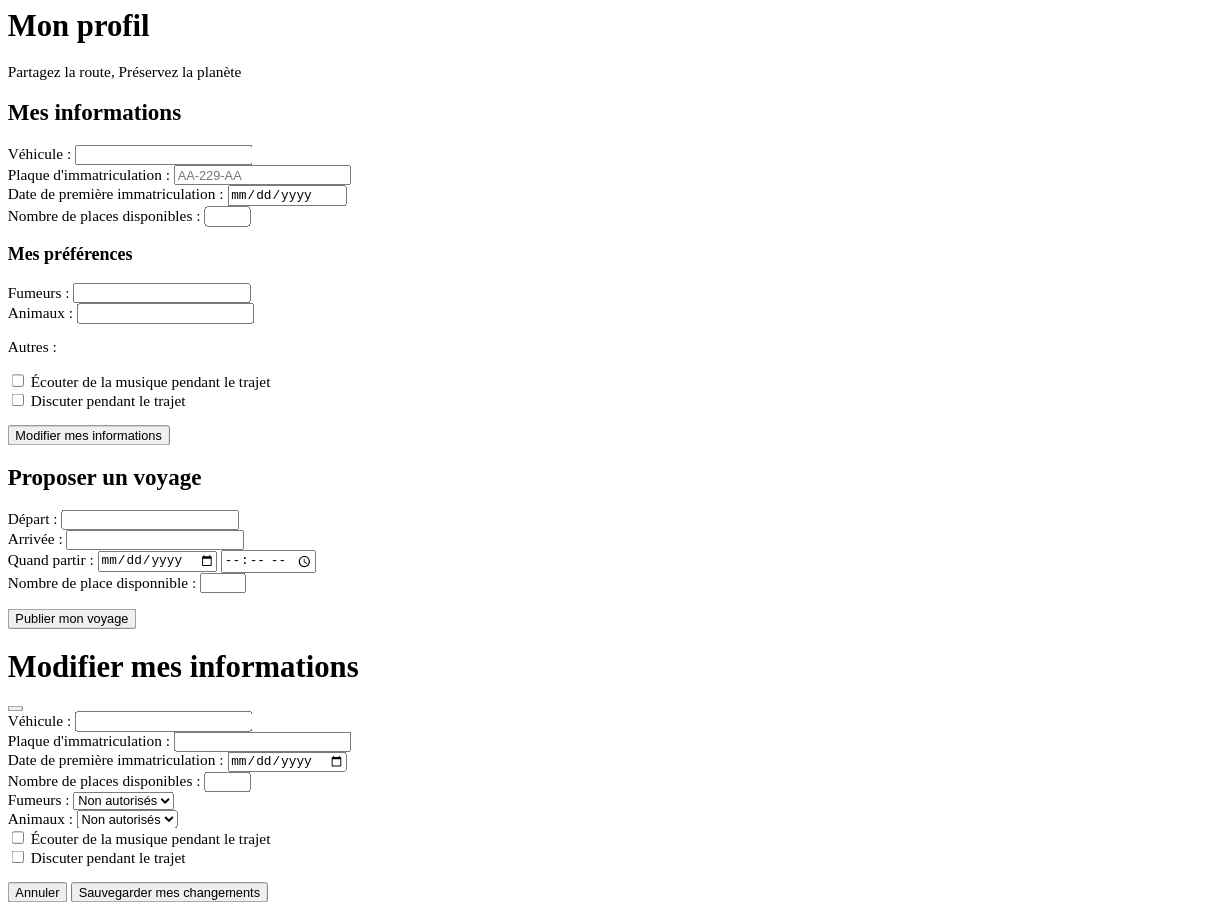
Repository: lemonhao9/ECF
Page: pages/auth/profile.html
The author's editor kept a copy of each file at every save. The page is drawn from the files as they stood at one save, then again after the next save.
The browser window is 1280 px wide. The pictures show the whole page, at 96% of full size.

Above is the page before, as saved 2025-02-17 15:36:45.

After the next save:
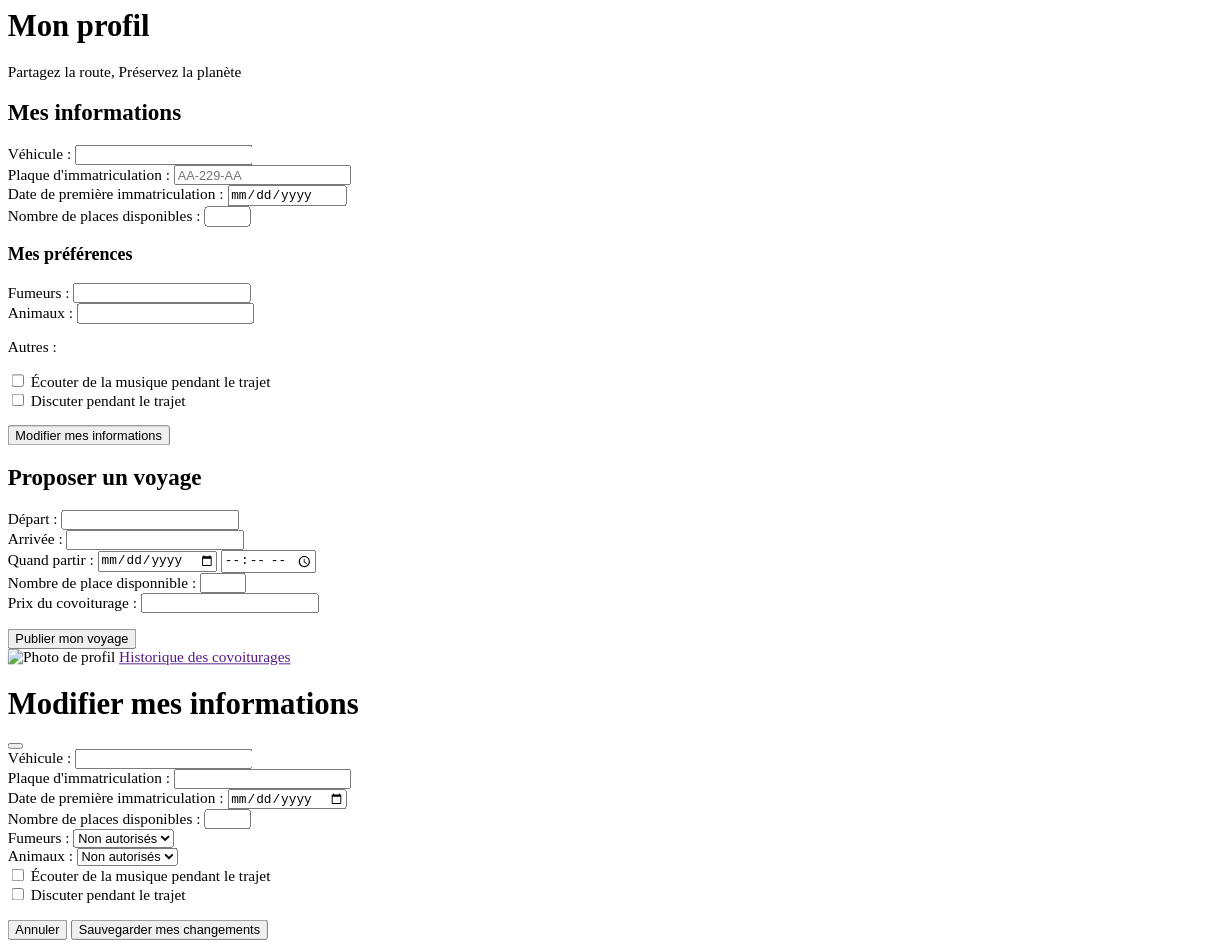
Saved 6 min 8 s later.
--- a/pages/auth/profile.html
+++ b/pages/auth/profile.html
@@ -79,12 +79,23 @@
                 <label for="placeDispoInput" class="form-label text-light">Nombre de place disponnible :</label>
                 <input type="number" class="form-control w-auto ms-3" id="placeDispoInput" min="1" max="5">
             </div>
+            <div class="mb-3 d-flex align-items-center justify-content-center">
+                <label for="prixInput" class="form-label text-light">Prix du covoiturage :</label>
+                <input type="number" class="form-control w-auto ms-3" id="prixInput" min="2">
+            </div>
         </form>
         <div class="pb-3">
             <button class="btn btn-secondary ">Publier mon voyage</button>
         </div>
     </div>
 </div>
+
+<aside>
+    <div>
+        <img src="" alt="Photo de profil">
+        <a href="">Historique des covoiturages</a>
+    </div>
+</aside>
 
 <!--La modal-->
 <div class="modal fade" id="editmodal" data-bs-backdrop="static" data-bs-keyboard="false" tabindex="-1" aria-labelledby="staticBackdropLabel" aria-hidden="true">
